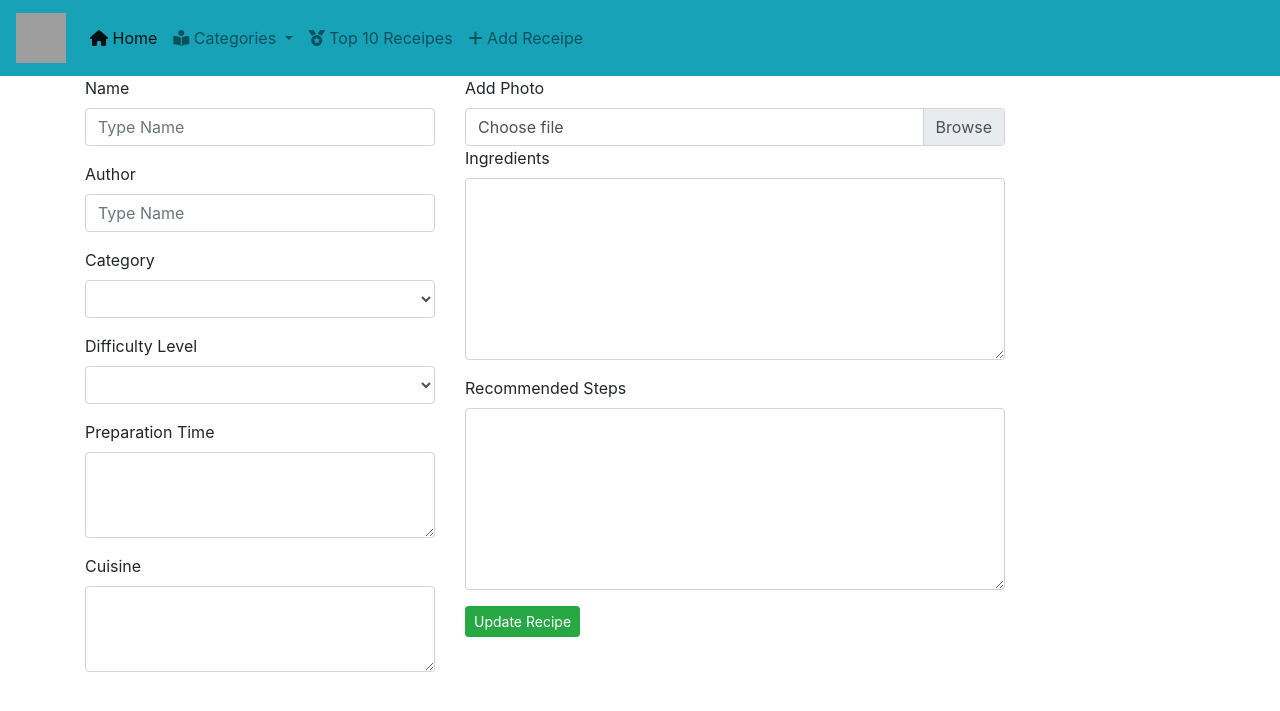
Repository: toderas/Flask-Cook-Book
Page: templates/editrecipe.html
The author's editor kept a record of every edit. The page is drawn from the files as they stood at one moment, then again after the next edit.
The browser window is 1280 px wide. The pictures show the whole page.
Pictures or frames that could not be fetched are drawn as grey boxes. Some web libraries are served in a nearby version. The page is served by the project's application, run on Flask 3 (cookbook.py). The template is opened directly, without the code that normally fills it, so the values that code supplies are empty.

Above is the page before.

After the next edit:
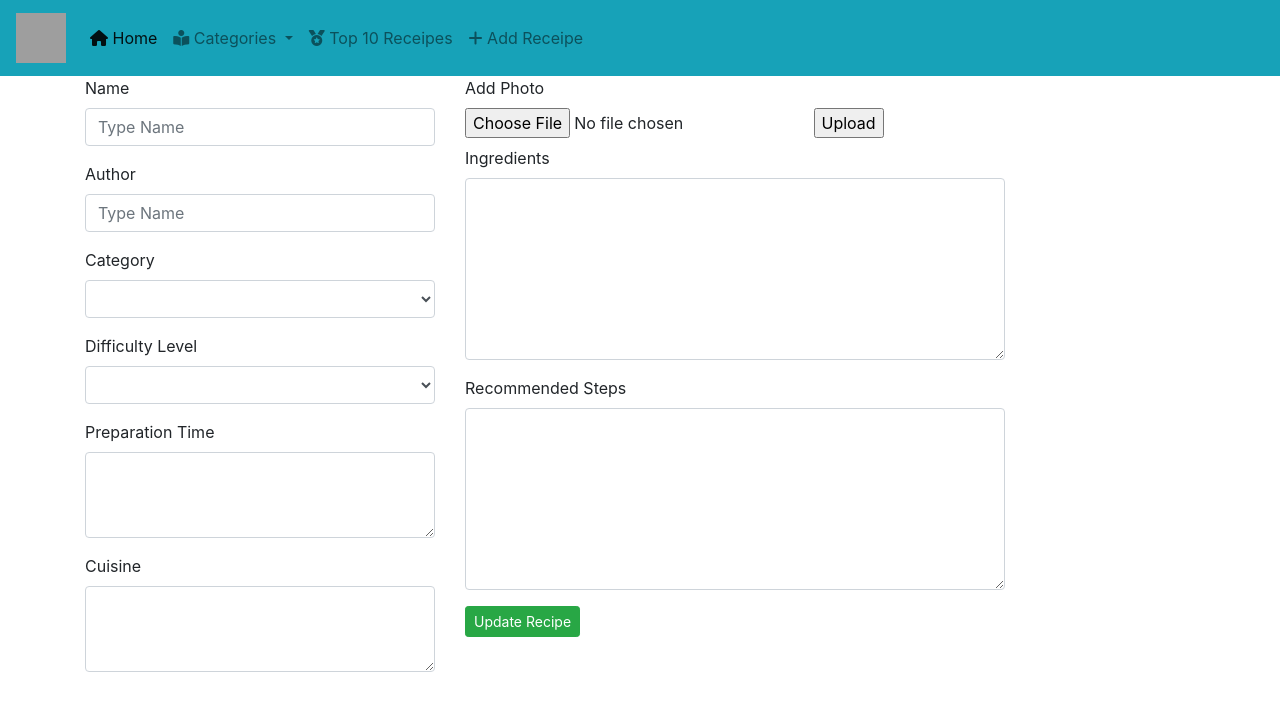
The edit:
--- a/templates/editrecipe.html
+++ b/templates/editrecipe.html
@@ -47,8 +47,10 @@
       <div class="col-md-6">
         <label for="exampleFormControlTextarea1">Add Photo</label>
         <div class="custom-file">
-          <input type="file" class="custom-file-input" id="customFile">
-          <label class="custom-file-label" for="customFile">Choose file</label>
+         <form action="{{url_for('upload_file')}}" method="POST" enctype=multipart/form-data>
+          <p><input type=file name=file id="upload_file">
+            <input type=submit value=Upload>
+        </form>
         </div>
         <div class="form-group">
           <label for="exampleFormControlTextarea1">Ingredients</label>
